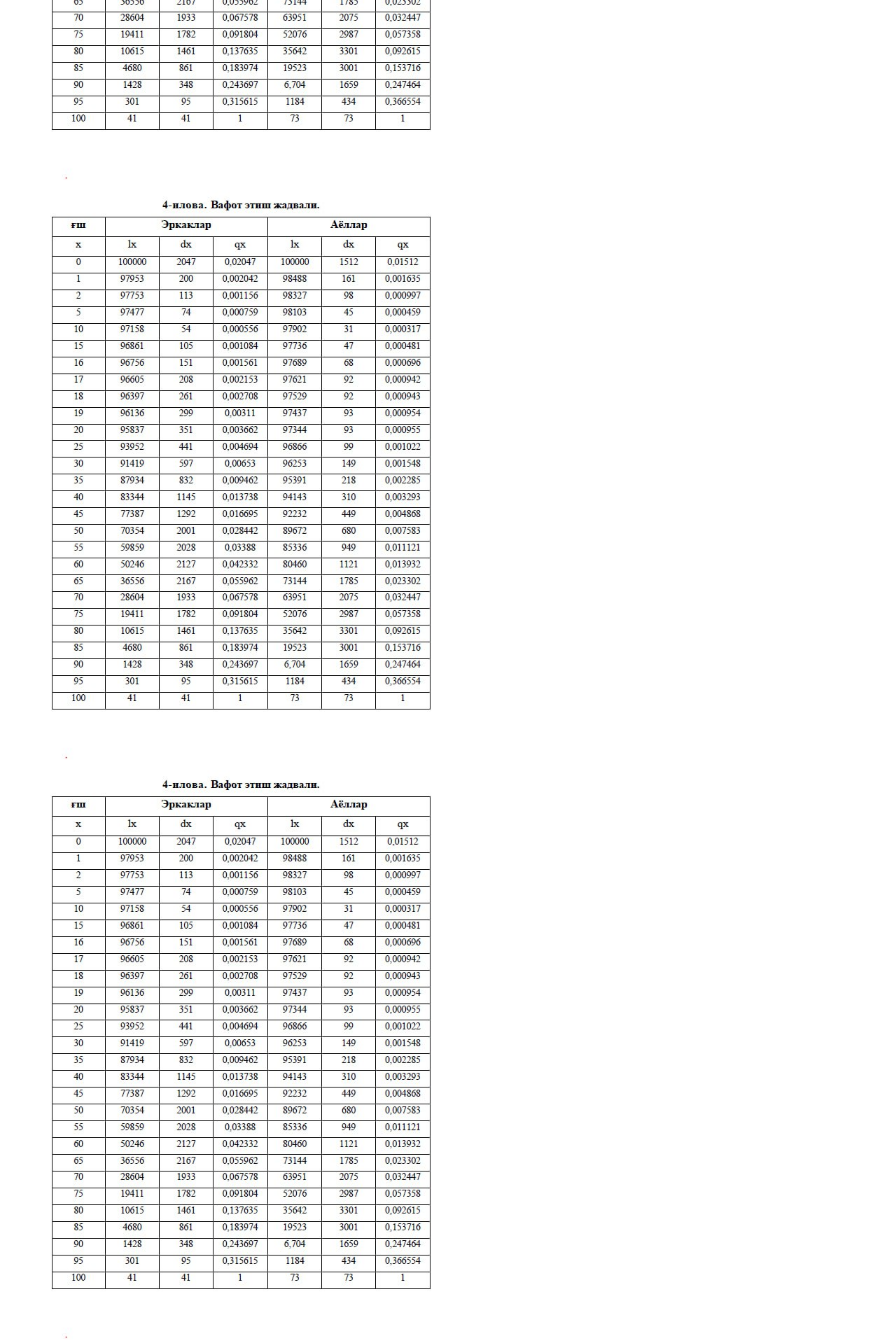
Repository: Ikromkhurozov/exam-inst
Page: index.html
These files come from the project's save history. The page is drawn as it stood at one moment and after the next save; the edit follows.
The browser window is 1280 px wide. The pictures show the part of the page from y = 612 to 2532 px (the page is 3328 px tall before and 3109 px after), at 70% of full size.

Above is the page before, as saved 2023-05-25 12:16:30.

### index.html
<!DOCTYPE html>
<html lang="en">
<head>
  <meta charset="UTF-8">
  <meta http-equiv="X-UA-Compatible" content="IE=edge">
  <meta name="viewport" content="width=device-width, initial-scale=1.0">
  <title>Document</title>

  <style>



  </style>
</head>
<body>

  <img src="/p1.jpg" alt="p1">
  <img src="/p1.jpg" alt="p1">
  <img src="/p1.jpg" alt="p1">
  <img src="/p1.jpg" alt="p1">


</body>
</html>

After the next save:
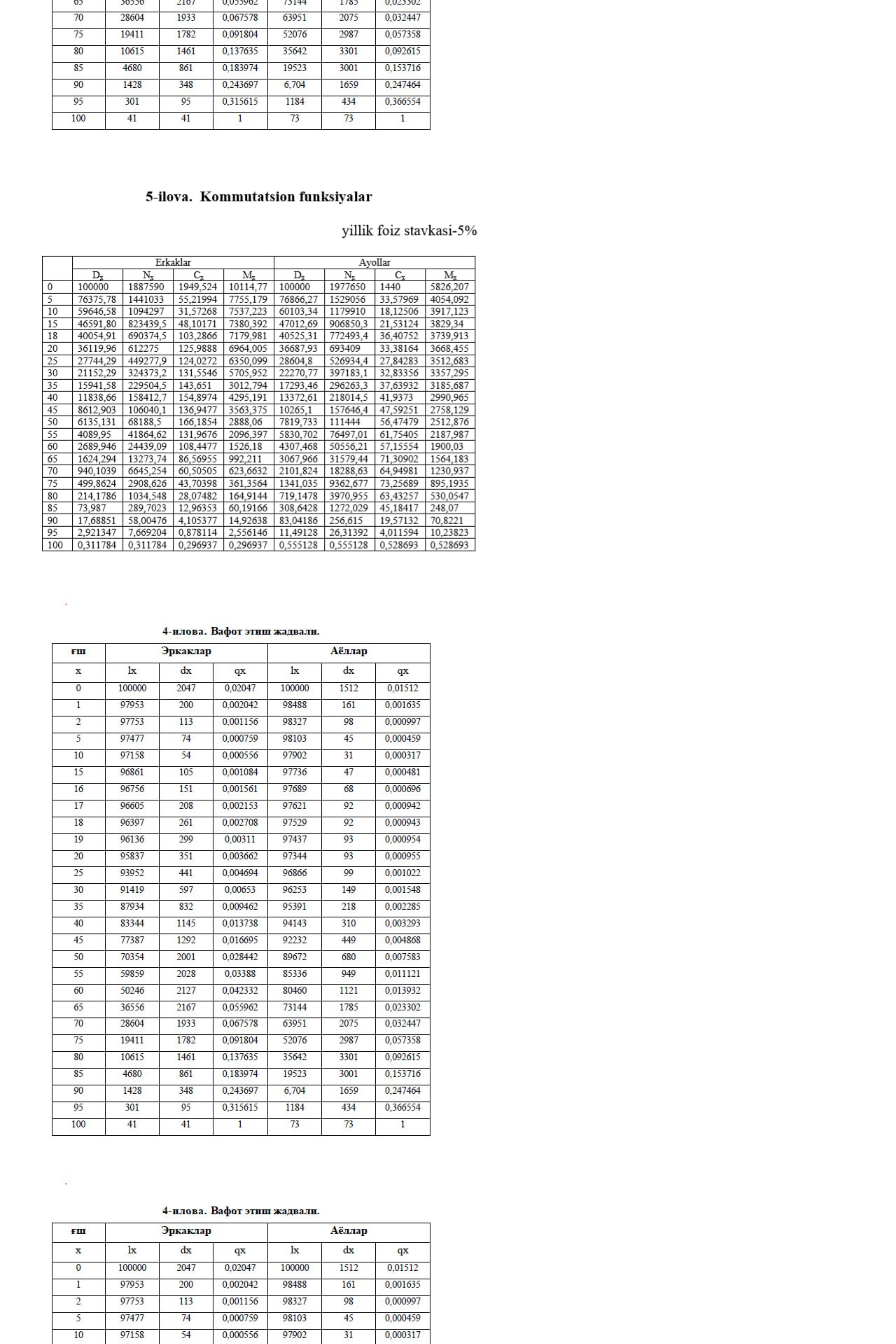
Saved 4 s later.
--- a/index.html
+++ b/index.html
@@ -15,7 +15,7 @@
 <body>
 
   <img src="/p1.jpg" alt="p1">
-  <img src="/p1.jpg" alt="p1">
+  <img src="/p2.jpg" alt="p1">
   <img src="/p1.jpg" alt="p1">
   <img src="/p1.jpg" alt="p1">
 
